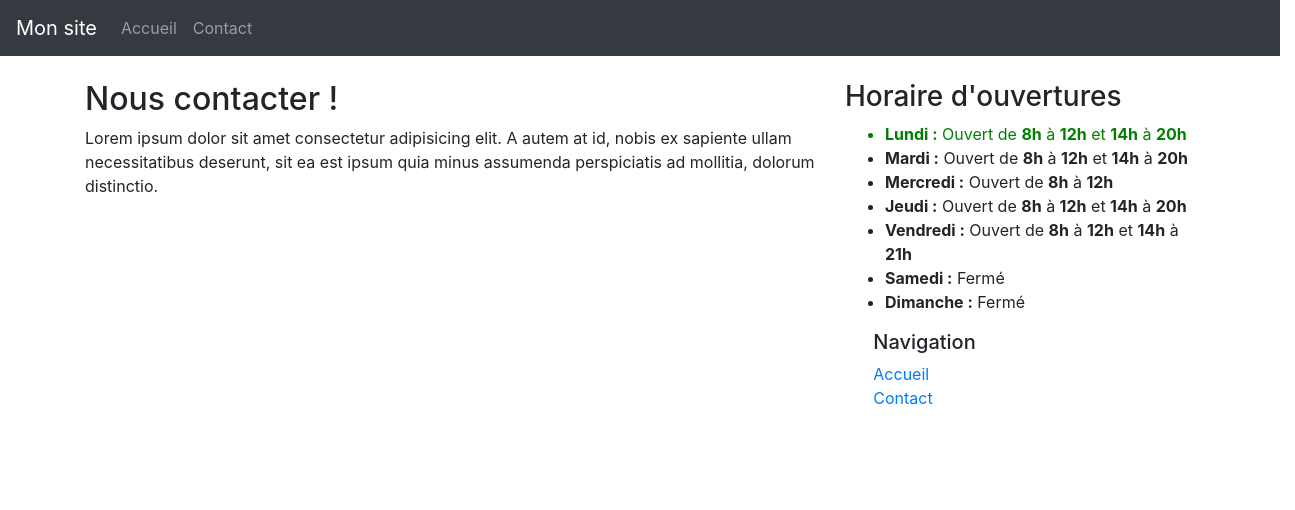
Repository: Alex-Serky/Backend_PHP
Page: http://localhost/contact.php
The author's editor kept a copy of each file at every save. The page is drawn from the files as they stood at one save, then again after the next save.
The browser window is 1280 px wide. The page is 1295 px wide, so the pictures cover 1295 px, including what lies to the right of the window. The pictures show the whole page.
Some web libraries are served in a nearby version. The page is run by PHP 8.4 with error messages shown; the project is at /var/www/html/.

Above is the page before, as saved 2020-07-20 21:40:49.

### contact.php
<?php

$title = 'Nous contacter !';
require_once 'config.php';
require_once 'functions.php';
require 'header.php';

?>

<div class="row">
    <div class="col-md-8">
        <h2>Nous contacter !</h2>
        <p>
            Lorem ipsum dolor sit amet consectetur adipisicing elit. A autem at id,
            nobis ex sapiente ullam necessitatibus deserunt, sit ea est ipsum quia minus
            assumenda perspiciatis ad mollitia, dolorum distinctio.
        </p>
    </div>
    <div class="col-md-4">
        <h3>Horaire d'ouvertures</h3>
        <?php date('N') ?>
        <ul>
            <?php foreach(JOURS as $k => $jour): ?>
                <li <?php if($k + 1 === (int)date('N')): ?> style="color:green"<?php endif ?>>
                    <strong><?= $jour ?> :</strong>
                    <?= creneaux_html(CRENEAUX[$k]); ?>
                </li>
            <?php endforeach; ?>
        </ul>
    </div>

</div>

<?php require 'footer.php'; ?>

### config.php
<?php

define('JOURS', [
    'Lundi',
    'Mardi',
    'Mercredi',
    'Jeudi',
    'Vendredi',
    'Samedi',
    'Dimanche'
]);

define('CRENEAUX', [
    0 => [
        [8, 12],
        [14, 20]
    ],
    [
        [8, 12],
        [14, 20]
    ],
    [
        [8, 12]
    ],
    [
        [8, 12],
        [14, 20]
    ],
    [
        [8, 12],
        [14, 21]
    ],
    [],
    []
]);

### functions.php
<?php

function nav_item(string $lien, string $titre, string $linkClass = ''): string
{
    $classe = 'nav-item';
    if ($_SERVER['SCRIPT_NAME'] === $lien) {
        $classe .= ' active';
    }
    return <<<HTML
        <li class="$classe">
            <a class="$linkClass" href="$lien">$titre</a>
        </li>
HTML;
}

function nav_menu(string $linkClass = ''): string
{
    return
        nav_item('/Backend_PHP/index.php', 'Accueil', $linkClass) .
        nav_item('/Backend_PHP/contact.php', 'Contact', $linkClass);
}

function dump($variable){
    echo '<pre>';
        var_dump($variable);
    echo '</pre>';
}

function creneaux_html($creneaux){
    if (empty($creneaux)) {
        return 'Fermé';
    }
    $phrases = [];
    foreach ($creneaux as $creneau) {
        $phrases[] = "
            <strong>{$creneau[0]}h</strong>
            à
            <strong>{$creneau[1]}h</strong>
            ";
    }
    return 'Ouvert de ' . implode(' et ', $phrases);
}

### header.php
<?php

require_once 'functions.php';

?>

<!doctype html>
<html lang="en">

<head>
    <meta charset="utf-8">
    <meta name="viewport" content="width=device-width, initial-scale=1, shrink-to-fit=no">
    <meta name="description" content="">
    <meta name="author" content="">
    <link rel="icon" href="/docs/4.0/assets/img/favicons/favicon.ico">

    <title>
        <?php if(isset($title)): ?>
            <?= $title; ?>
        <?php else: ?>
            Mon site
        <?php endif; ?>
    </title>

    <!-- Bootstrap core CSS -->
    <link rel="stylesheet" href="https://stackpath.bootstrapcdn.com/bootstrap/4.5.0/css/bootstrap.min.css" integrity="sha384-9aIt2nRpC12Uk9gS9baDl411NQApFmC26EwAOH8WgZl5MYYxFfc+NcPb1dKGj7Sk" crossorigin="anonymous">

</head>

<body>

    <nav class="navbar navbar-expand-md navbar-dark bg-dark mb-4">
        <a class="navbar-brand" href="#">Mon site</a>
        <button class="navbar-toggler" type="button"
                data-toggle="collapse" data-target="#navbarsExampleDefault"
                aria-controls="navbarsExampleDefault" aria-expanded="false"
                aria-label="Toggle navigation">
            <span class="navbar-toggler-icon"></span>
        </button>

        <div class="collapse navbar-collapse"
            id="navbarsExampleDefault">
            <ul class="navbar-nav mr-auto">
                <?= nav_menu('nav-link'); ?>
            </ul>
        </div>
    </nav>

    <main role="main" class="container">

### footer.php
</main><!-- /.container -->

<div class="row">
<div class="col-md-4"></div>
<div class="col-md-4"></div>
<div class="col-md-4">
    <h5>Navigation</h5>
    <ul class="list-unstyled text-small">
        <?= nav_menu(); ?>
    </ul>
</div>
</div>

<script src="https://code.jquery.com/jquery-3.2.1.slim.min.js" integrity="sha384-KJ3o2DKtIkvYIK3UENzmM7KCkRr/rE9/Qpg6aAZGJwFDMVNA/GpGFF93hXpG5KkN" crossorigin="anonymous"></script>
<script src="https://cdnjs.cloudflare.com/ajax/libs/popper.js/1.12.9/umd/popper.min.js" integrity="sha384-ApNbgh9B+Y1QKtv3Rn7W3mgPxhU9K/ScQsAP7hUibX39j7fakFPskvXusvfa0b4Q" crossorigin="anonymous"></script>
<script src="https://maxcdn.bootstrapcdn.com/bootstrap/4.0.0/js/bootstrap.min.js" integrity="sha384-JZR6Spejh4U02d8jOt6vLEHfe/JQGiRRSQQxSfFWpi1MquVdAyjUar5+76PVCmYl" crossorigin="anonymous"></script>
</body>

</html>

After the next save:
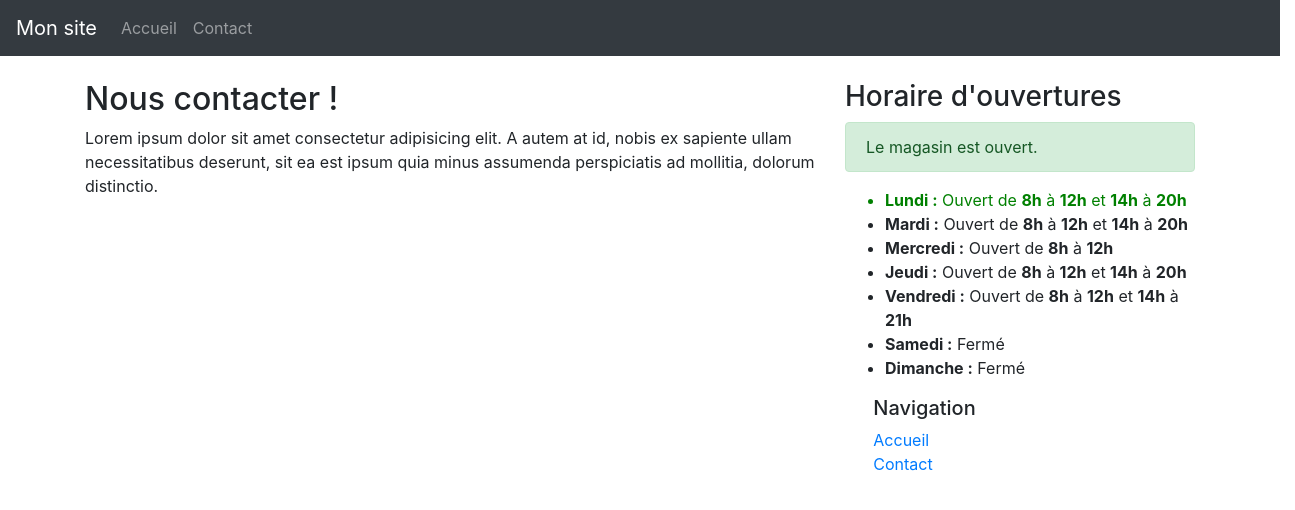
Saved 5 min 11 s later.
--- a/contact.php
+++ b/contact.php
@@ -18,7 +18,9 @@ require 'header.php';
     </div>
     <div class="col-md-4">
         <h3>Horaire d'ouvertures</h3>
-        <?php date('N') ?>
+        <div class="alert alert-success">
+            Le magasin est ouvert.
+        </div>
         <ul>
             <?php foreach(JOURS as $k => $jour): ?>
                 <li <?php if($k + 1 === (int)date('N')): ?> style="color:green"<?php endif ?>>
